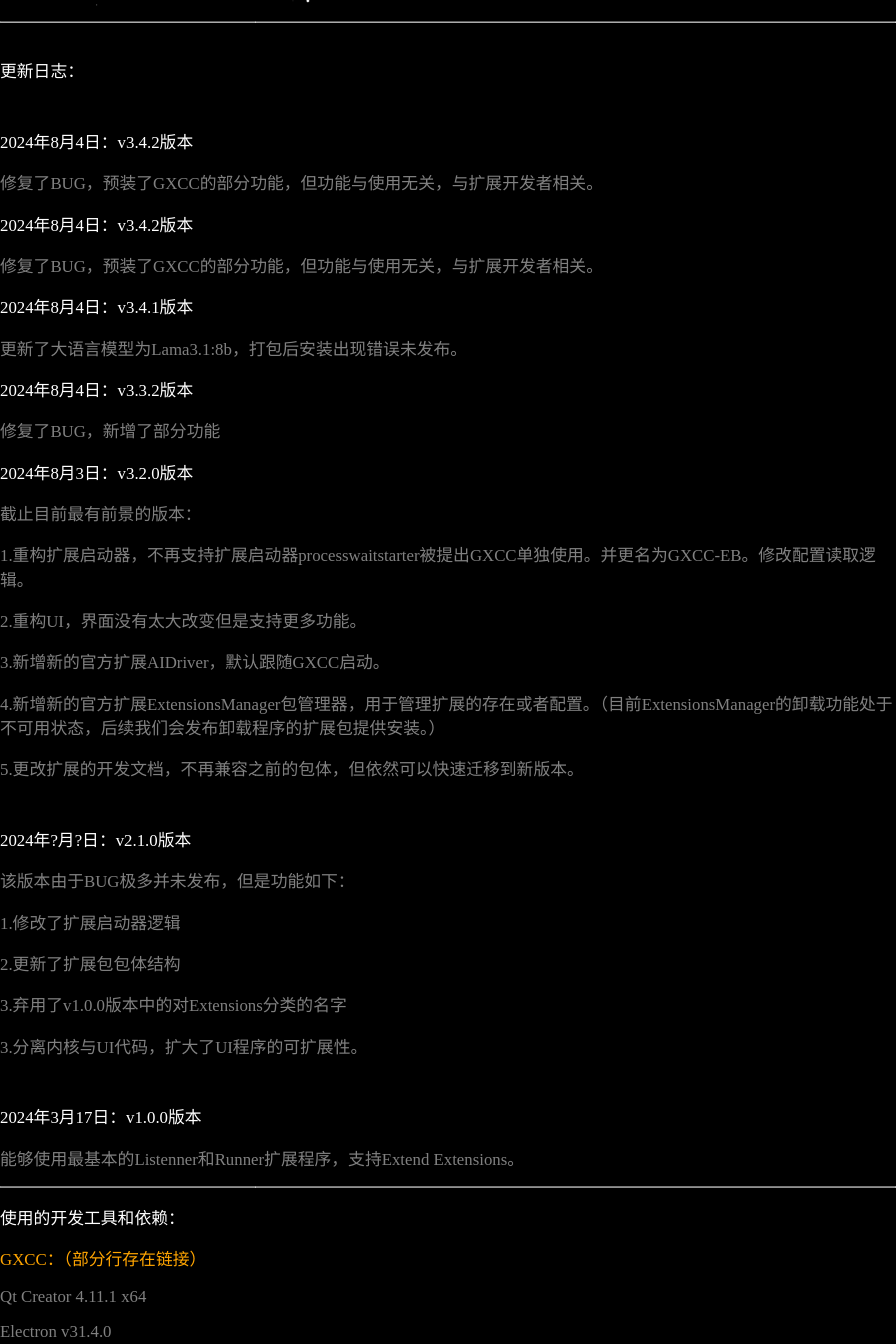
Repository: Lisu-Liso/GXCC
Page: index.html
An editor plug-in stored every save of this project. The page is shown before and after the next save, followed by the edit.
The browser window is 1280 px wide. The pictures show the part of the page from y = 711 to 2631 px (the page is 3889 px tall before and 3830 px after), at 70% of full size.

Above is the page before, as saved 2024-10-01 12:23:11.

After the next save:
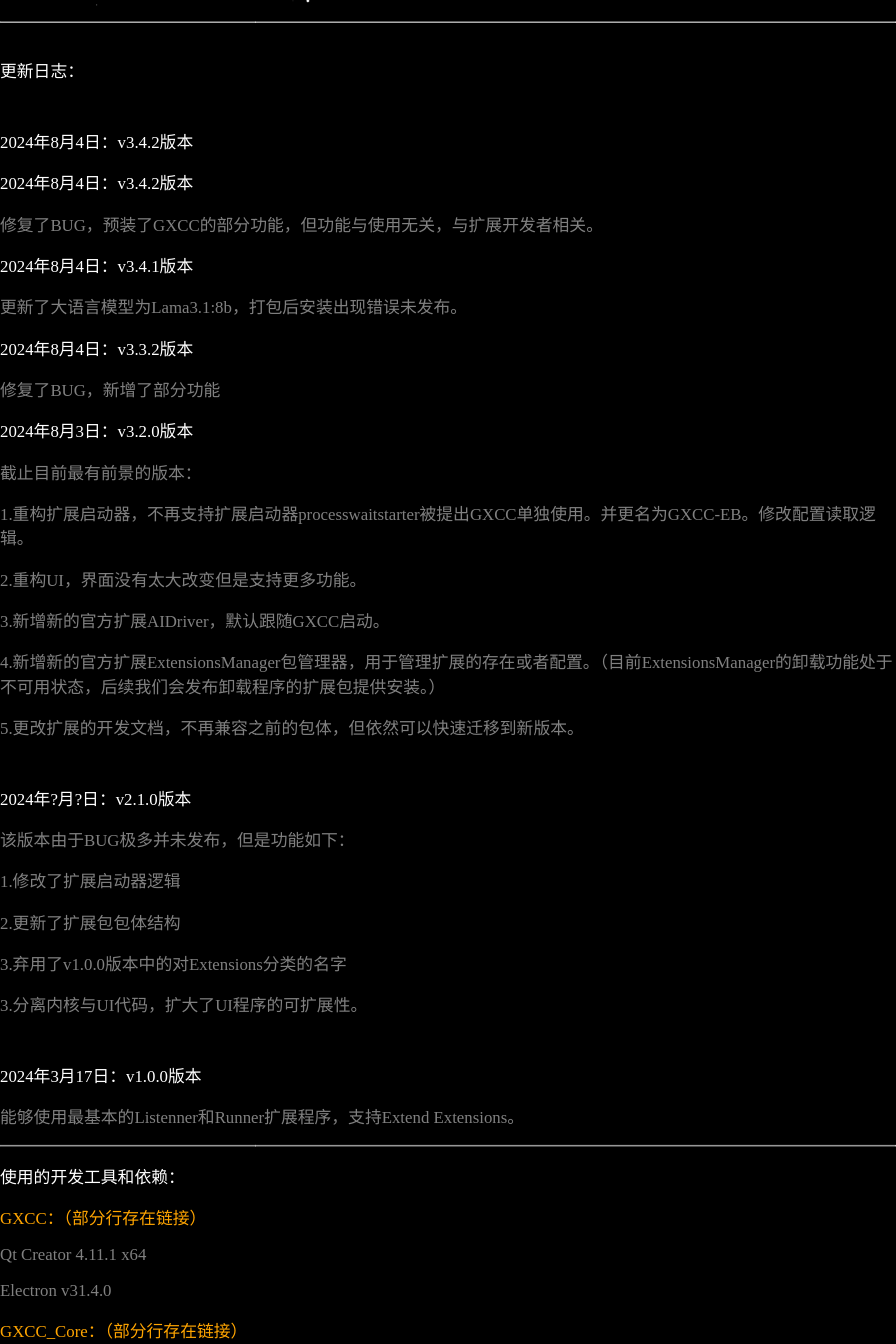
Saved 9 min 25 s later.
--- a/index.html
+++ b/index.html
@@ -304,7 +304,7 @@
         <p class="normaltext">更新日志：</p>
         <br>
         <p class="normaltext">2024年8月4日：v3.4.2版本</p>
-        <p class="normaltext" style="color: grey;">修复了BUG，预装了GXCC的部分功能，但功能与使用无关，与扩展开发者相关。</p>
+        <p class="normaltext" style="color: grey;"></p>
         <p class="normaltext">2024年8月4日：v3.4.2版本</p>
         <p class="normaltext" style="color: grey;">修复了BUG，预装了GXCC的部分功能，但功能与使用无关，与扩展开发者相关。</p>
         <p class="normaltext">2024年8月4日：v3.4.1版本</p>
